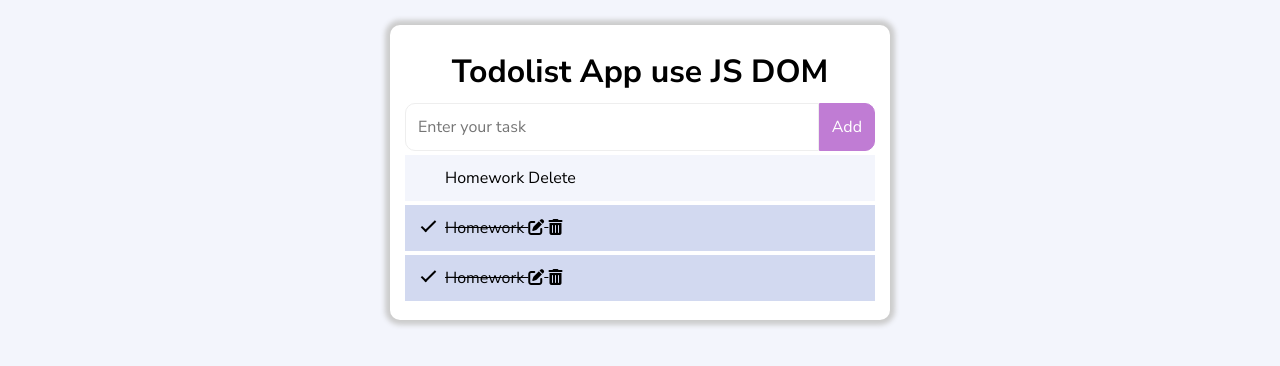
Repository: anhquan74-dev/todolist_app
Page: index.html
The author's editor kept a copy of each file at every save. The page is drawn from the files as they stood at one save, then again after a run of saves.
The browser window is 1280 px wide. The pictures show the whole page.
Some web libraries are served in a nearby version.

Above is the page before, as saved 2022-07-21 16:24:07.

After the next 2 saves:
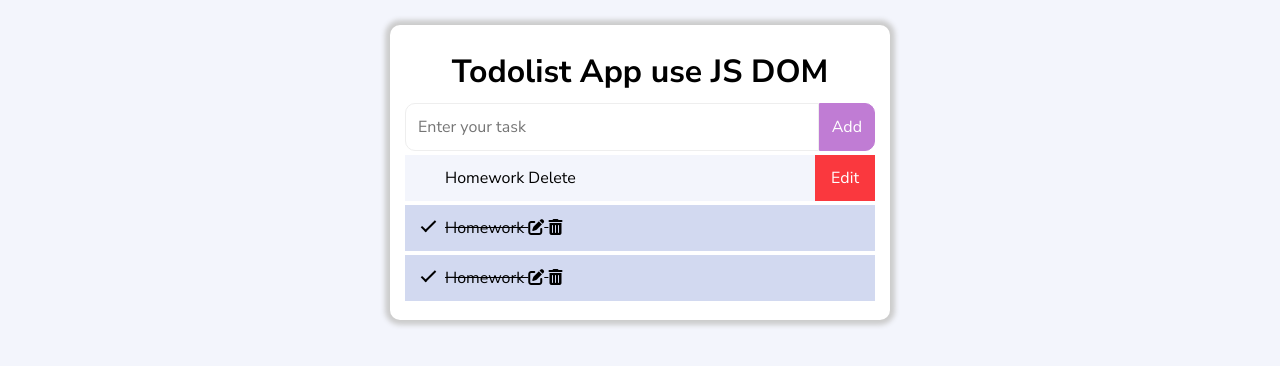
The 2 saves are shown as one change because they came seconds apart.
The last was saved 25 s later.
--- a/style.css
+++ b/style.css
@@ -80,7 +80,7 @@
     background-color: #fa383e;
     position: absolute;
     top: 0;
-    left: 100%;
+    right: 0;
     opacity: 1;
     transition: all 0.2s ease-in-out;
     cursor: pointer;

After the 3 saves that followed:
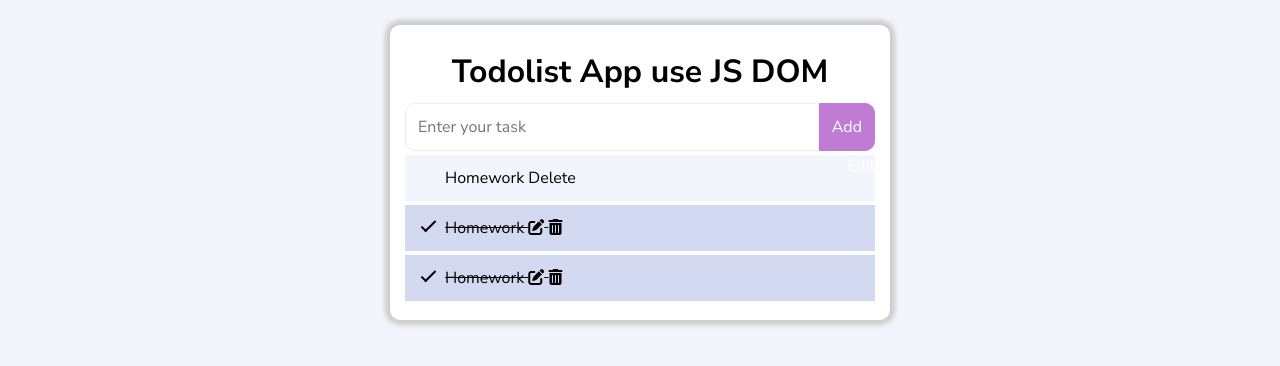
The 3 saves are shown as one change because they came seconds apart.
The last was saved 12 s later.
--- a/style.css
+++ b/style.css
@@ -74,10 +74,10 @@
 }
 
 .edit-btn {
-    padding: 12px 16px;
+    /* padding: 12px 16px; */
     color: white;
     display: block;
-    background-color: #fa383e;
+    /* background-color: #fa383e; */
     position: absolute;
     top: 0;
     right: 0;
